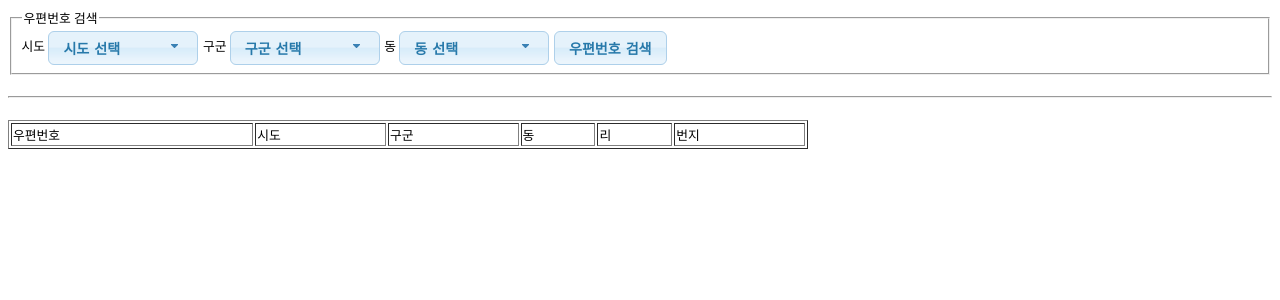
Repository: popconnect/jQuery
Page: http://localhost/jQueryUiEx03/zipcodeEx03.jsp
An editor plug-in stored every save of this project. The page is shown before and after the next save, followed by the edit.
The browser window is 1280 px wide. The pictures show the whole page.
The page is served by Tomcat 9. Queries for data that is not in the repository find no rows.

Above is the page before, as saved 2023-05-17 06:49:57.

After the next save:
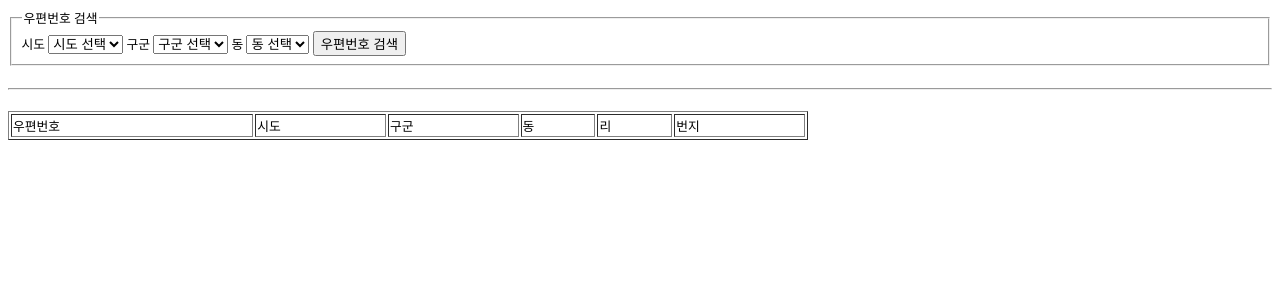
Console error: SyntaxError: missing ) after argument list
Saved 52 s later.
--- a/jQueryUiEx03/src/main/webapp/zipcodeEx03.jsp
+++ b/jQueryUiEx03/src/main/webapp/zipcodeEx03.jsp
@@ -41,30 +41,10 @@
 			  }
 			});
 
-		$('#sido').selectmenu().on('change', function() {
-			  // gugun.jsp로 선택된 시도 데이터를 전달
-			   $.ajax({
-			    url: './data/gugun.jsp',
-			    data: { sido: selectedSido }, // 선택된 시도 값을 전달
-			    dataType: 'xml',
-			    success: function(data) {
-			      var options = ''; // 선택지를 저장할 변수
+		$('#sido').on('change', function() {
 
-			      // <gugun> 요소들을 순회하면서 선택지를 생성
-			      $(data).find('gugun').each(function() {
-			        var gugun = $(this).text();
-			        options += '<option value="' + gugun + '">' + gugun + '</option>';
-			      });
+		}
 
-			      // 생성된 선택지를 <select> 요소에 추가
-			      $('#gugun').html('<option disabled="disabled" selected="selected">구군 선택</option>' + options);
-			    },
-			    error: function() {
-			      // 오류 처리
-			      console.log('XML 가져오기 실패');
-			    }
-			  });
-			});
 
 		$('#btn').button().on('click', function() {
 

After the save that followed:
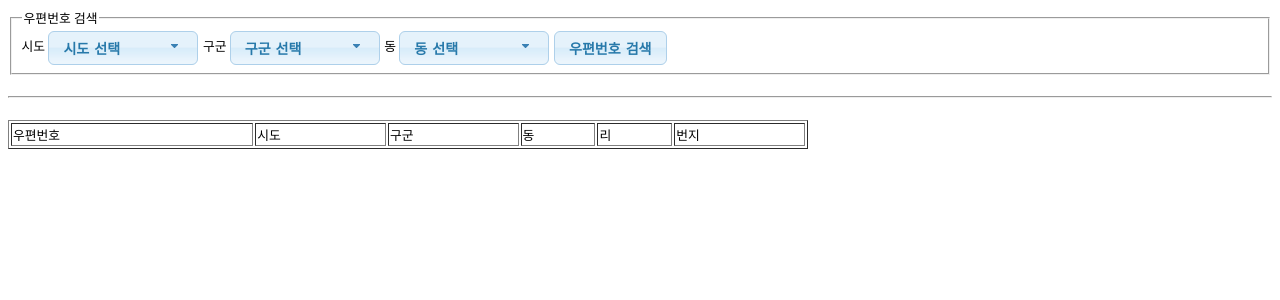
The error is gone.
Saved 3 s later.
--- a/jQueryUiEx03/src/main/webapp/zipcodeEx03.jsp
+++ b/jQueryUiEx03/src/main/webapp/zipcodeEx03.jsp
@@ -43,7 +43,7 @@
 
 		$('#sido').on('change', function() {
 
-		}
+		});
 
 
 		$('#btn').button().on('click', function() {
